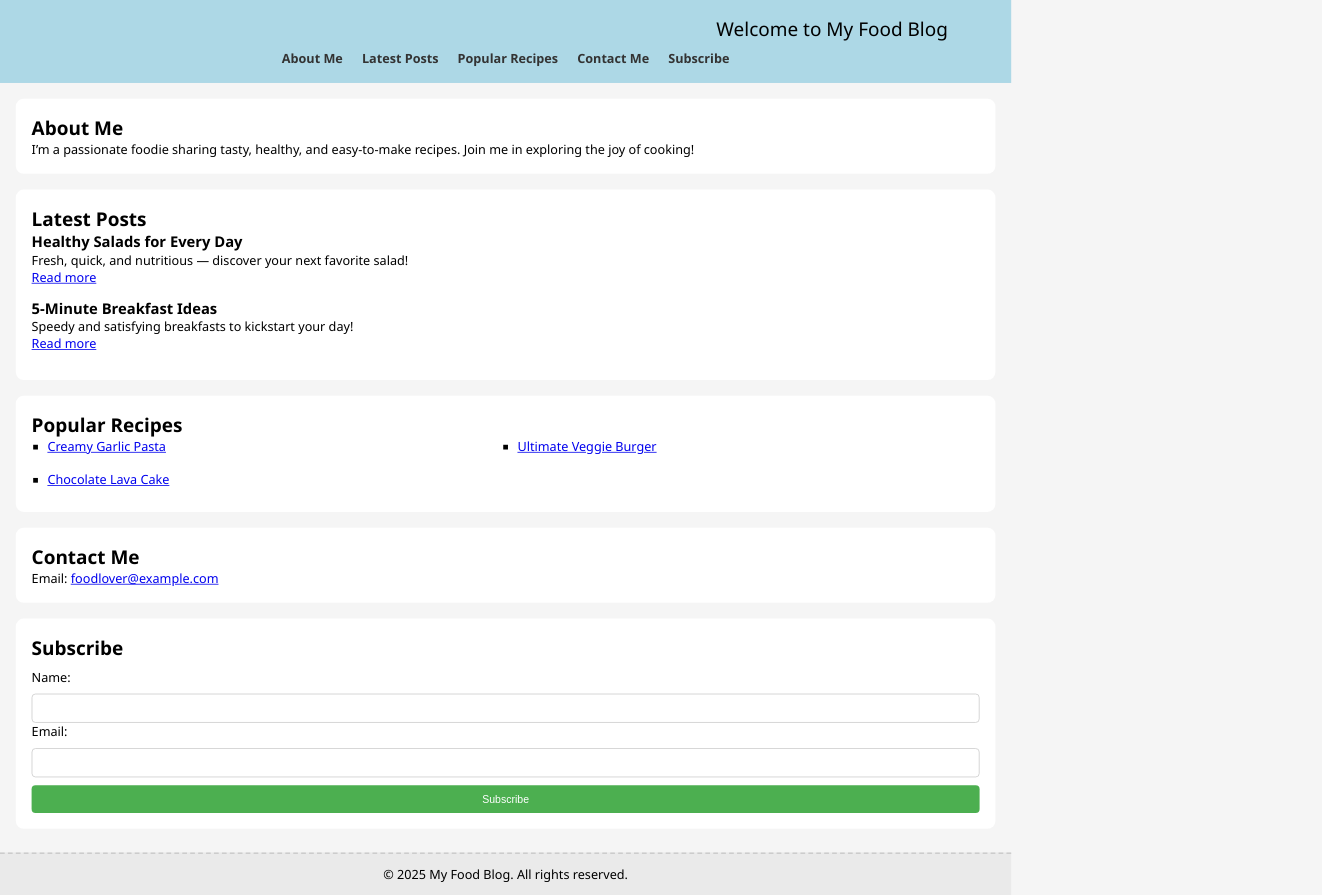
Repository: arunyerram/Web-TEChnologies
Page: lab3.html
The author's editor kept a copy of each file at every save. The page is drawn from the files as they stood at one save, then again after the next save.
The browser window is 1280 px wide. The page is 1673 px wide, then 1280 px, then 1673 px, so the pictures cover 1673 px, including what lies to the right of the window. The pictures show the whole page, at 79% of full size.

Above is the page before, as saved 2025-04-10 23:11:34.

### lab3.html
<!DOCTYPE html>
<html lang="en">
<head>
  <meta charset="UTF-8">
  <title>My Food Blog</title>
  <link rel="stylesheet" href="lab3.css">
</head>
<body>

  <!-- Header Section -->
  <header>
    <div class="scrolling-title">Welcome to My Food Blog</div>
    <nav>
      <a href="#about">About Me</a>
      <a href="#latest-posts">Latest Posts</a>
      <a href="#popular-recipes">Popular Recipes</a>
      <a href="#contact">Contact Me</a>
      <a href="#subscribe">Subscribe</a>
    </nav>
  </header>

  <!-- About Me Section -->
  <section id="about" class="section">
    <h2>About Me</h2>
    <p>I’m a passionate foodie sharing tasty, healthy, and easy-to-make recipes. Join me in exploring the joy of cooking!</p>
  </section>

  <!-- Latest Posts Section -->
  <section id="latest-posts" class="section">
    <h2>Latest Posts</h2>
    <article>
      <h3>Healthy Salads for Every Day</h3>
      <p>Fresh, quick, and nutritious — discover your next favorite salad!</p>
      <a href="salad-recipes.html">Read more</a>
    </article>
    <article>
      <h3>5-Minute Breakfast Ideas</h3>
      <p>Speedy and satisfying breakfasts to kickstart your day!</p>
      <a href="breakfast-ideas.html">Read more</a>
    </article>
  </section>

  <!-- Popular Recipes Section -->
  <section id="popular-recipes" class="section recipes">
    <h2>Popular Recipes</h2>
    <ul>
      <li><a href="pasta.html">Creamy Garlic Pasta</a></li>
      <li><a href="burger.html">Ultimate Veggie Burger</a></li>
      <li><a href="dessert.html">Chocolate Lava Cake</a></li>
    </ul>
  </section>

  <!-- Contact Section -->
  <section id="contact" class="section">
    <h2>Contact Me</h2>
    <p>Email: <a href="mailto:foodlover@example.com">foodlover@example.com</a></p>
  </section>

  <!-- Subscription Form -->
  <section id="subscribe" class="section">
    <h2>Subscribe</h2>
    <form>
      <label for="name">Name:</label>
      <input type="text" id="name" name="name" required>

      <label for="email">Email:</label>
      <input type="email" id="email" name="email" required>

      <button type="submit">Subscribe</button>
    </form>
  </section>

  <!-- Footer Section -->
  <footer>
    <p>&copy; <span id="year"></span> My Food Blog. All rights reserved.</p>
  </footer>

  <script>
    document.getElementById("year").textContent = new Date().getFullYear();
  </script>
</body>
</html>

### lab3.css
/* General Reset */
* {
    margin: 0;
    padding: 0;
    box-sizing: border-box;
  }

  body {
    font-family: 'Segoe UI', sans-serif;
    background-color: #f5f5f5;
  }

  /* Header */
  header {
    background-color: lightblue;
    padding: 20px;
    text-align: center;
    position: relative;
  }

  .scrolling-title {
    font-size: 24px;
    white-space: nowrap;
    overflow: hidden;
    animation: scrollText 15s linear infinite;
  }

  @keyframes scrollText {
    0% { transform: translateX(100%); }
    100% { transform: translateX(-100%); }
  }

  nav {
    margin-top: 10px;
  }

  nav a {
    margin: 0 10px;
    text-decoration: none;
    color: #333;
    font-weight: bold;
  }

  /* Main Sections */
  .section {
    background-color: white;
    padding: 20px;
    margin: 20px;
    border-radius: 10px;
  }

  #latest-posts article {
    margin-bottom: 15px;
  }

  .recipes ul {
    list-style-type: square;
    padding-left: 20px;
  }

  .recipes ul li {
    margin-bottom: 10px;
  }

  /* Form Styling */
  form {
    margin-top: 10px;
  }

  form input, form button {
    margin-top: 10px;
    padding: 10px;
    width: 100%;
    border-radius: 5px;
    border: 1px solid #ccc;
  }

  form button {
    background-color: #4CAF50;
    color: white;
    border: none;
  }

  /* Footer */
  footer {
    background-color: #eaeaea;
    text-align: center;
    padding: 15px;
    border-top: 2px dashed #ccc;
    margin-top: 30px;
  }

  /* Media Query for Responsive Recipes */
  @media screen and (min-width: 768px) {
    .recipes ul {
      display: grid;
      grid-template-columns: repeat(2, 1fr);
      gap: 10px;
    }
  }

After the next save:
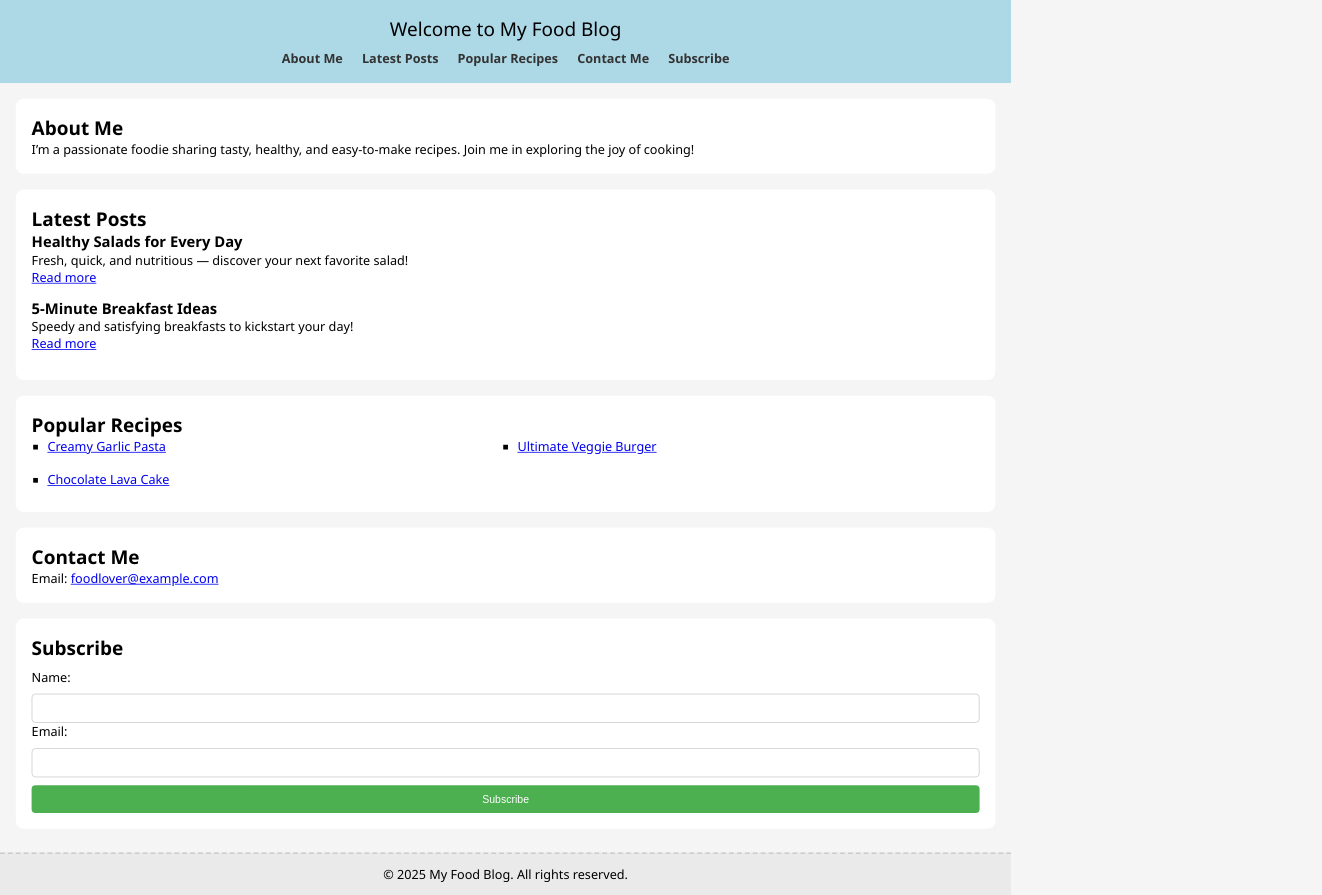
Saved 16 s later.
--- a/lab3.css
+++ b/lab3.css
@@ -25,11 +25,11 @@
     animation: scrollText 15s linear infinite;
   }
 
-  @keyframes scrollText {
+  /* @keyframes scrollText {
     0% { transform: translateX(100%); }
     100% { transform: translateX(-100%); }
   }
-
+   */
   nav {
     margin-top: 10px;
   }

After the save that followed:
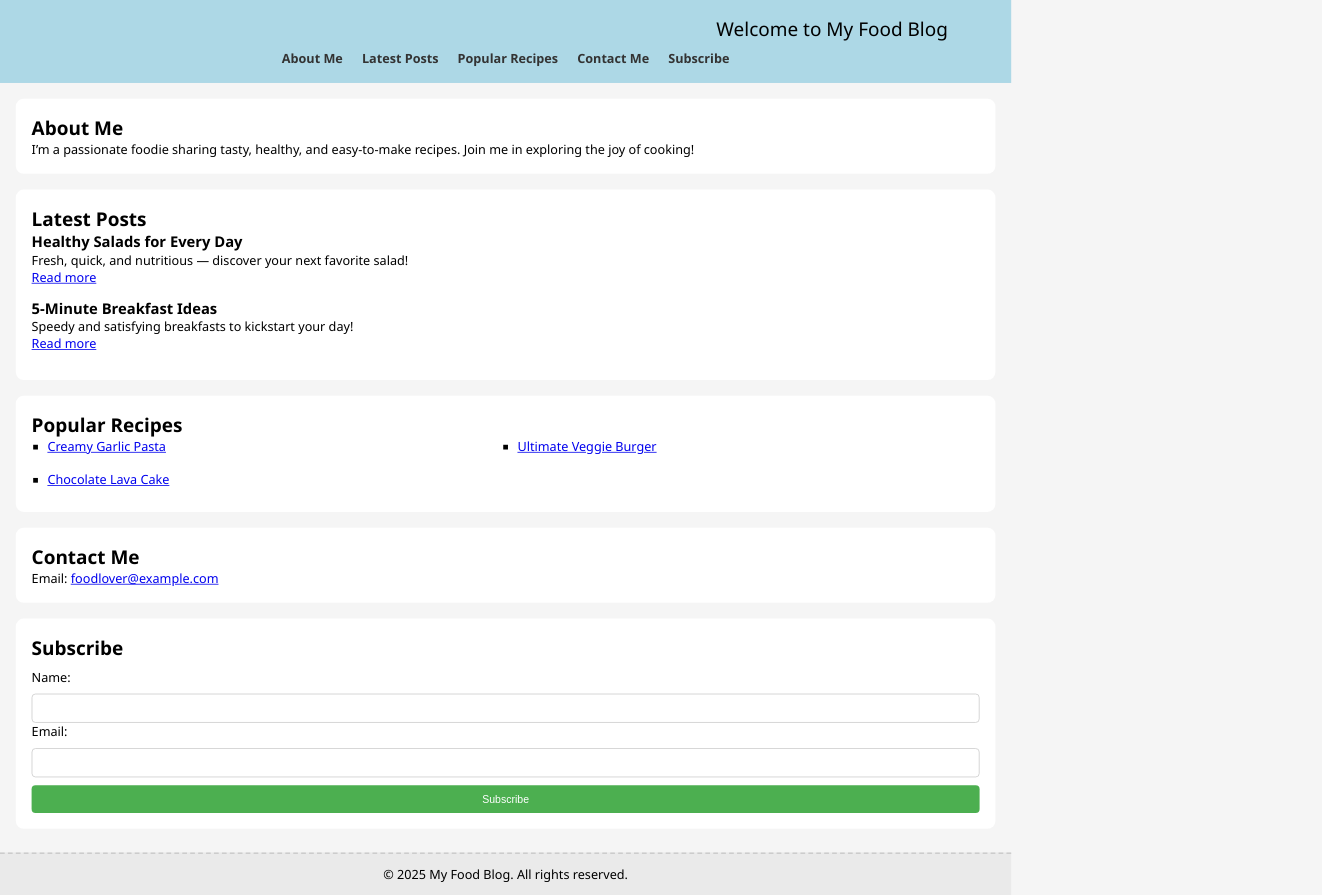
Saved 5 s later.
--- a/lab3.css
+++ b/lab3.css
@@ -25,11 +25,11 @@
     animation: scrollText 15s linear infinite;
   }
 
-  /* @keyframes scrollText {
+  @keyframes scrollText {
     0% { transform: translateX(100%); }
     100% { transform: translateX(-100%); }
   }
-   */
+
   nav {
     margin-top: 10px;
   }
